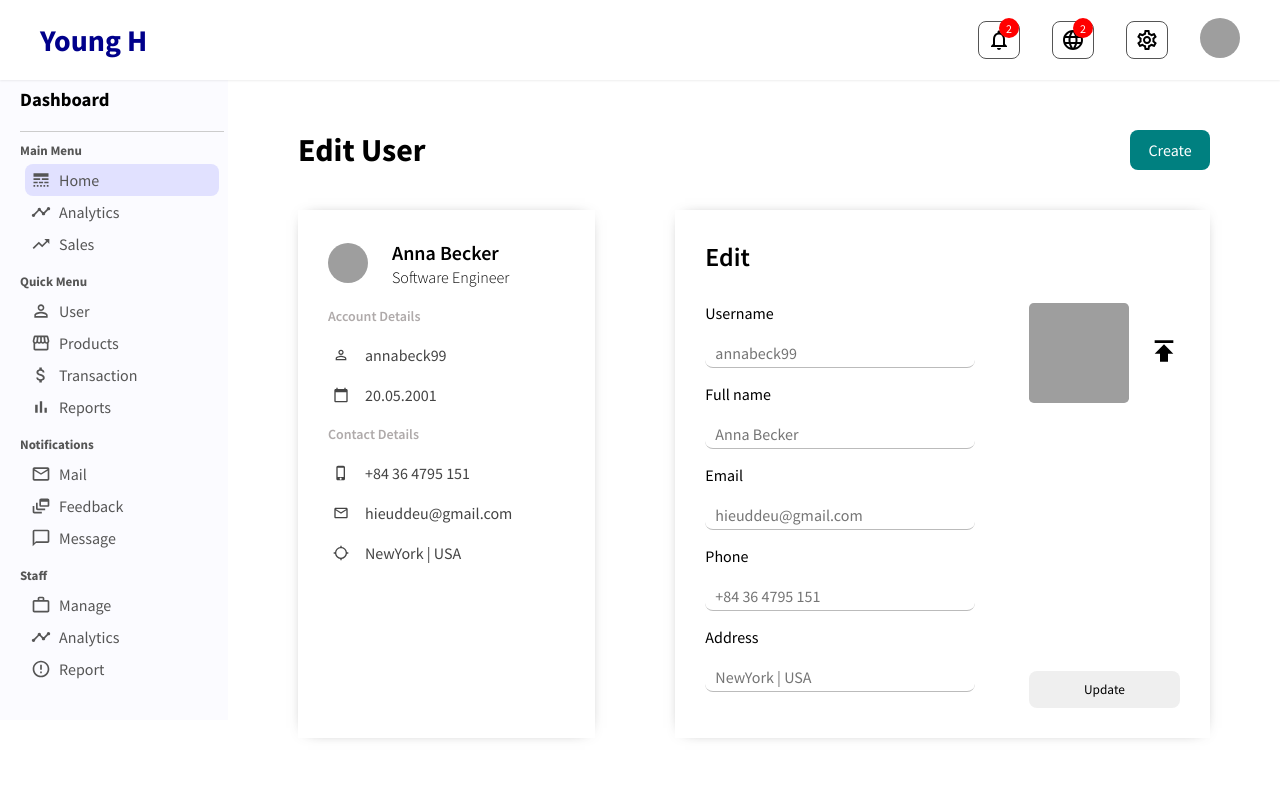
Repository: noname20011/admin
Page: /user/1
An editor plug-in stored every save of this project. The page is shown before and after the next save, followed by the edit.
The browser window is 1280 px wide. The pictures show the whole page.
Pictures or frames that could not be fetched are drawn as grey boxes. The project was rebuilt for these pictures with package versions that can differ from the ones it lists, and the page was loaded fresh each time. Also part of the build but not shown: src/pages/home/home.css, src/comopnents/featureInfo/feature.css, src/comopnents/featureInfo/Feature.jsx, src/comopnents/chart/chart.css, src/comopnents/chart/Chart.jsx, src/comopnents/widgetSm/widgetSm.css, src/comopnents/widgetSm/WidgetSm.jsx, src/comopnents/widgetLg/widgetLg.css and 5 more.

Above is the page before, as saved 2021-11-14 14:52:08.

After the next save:
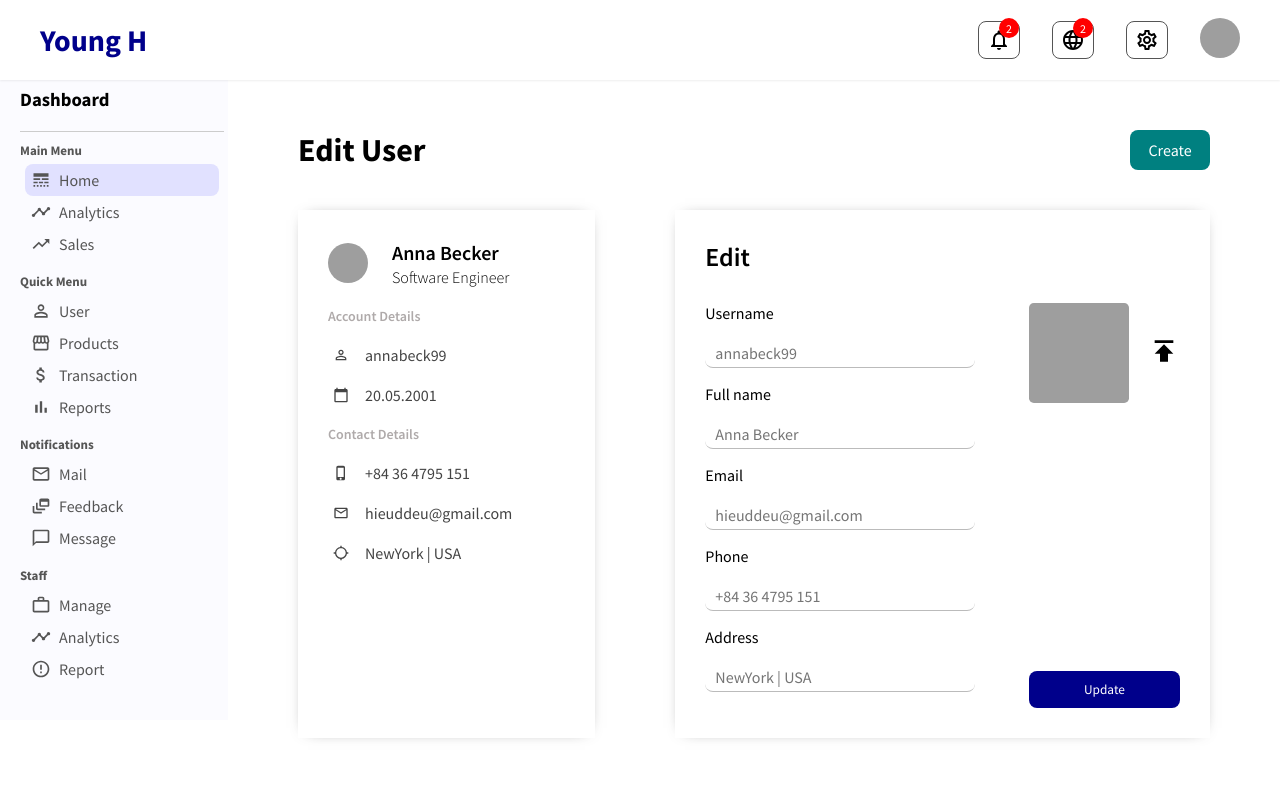
Saved 49 s later.
--- a/src/pages/user/user.css
+++ b/src/pages/user/user.css
@@ -147,4 +147,6 @@
     padding: 10px 12px;
     border-radius: .5rem;
     bottom: 4px;
+    background-color: darkblue;
+    color: #fff;
 }
